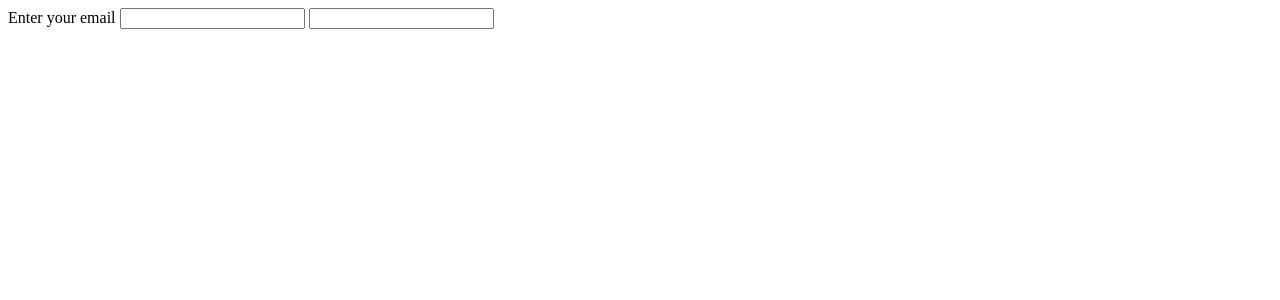
Repository: OmarAl-Saleh/Hospital-Emergency-System
Page: http://localhost/EmergencySystem/patient/sign-in.jsp
An editor plug-in stored every save of this project. The page is shown before and after the next save, followed by the edit.
The browser window is 1280 px wide. The pictures show the whole page.
The page is served by Tomcat 9.

Above is the page before, as saved 2024-05-22 08:14:23.

After the next save:
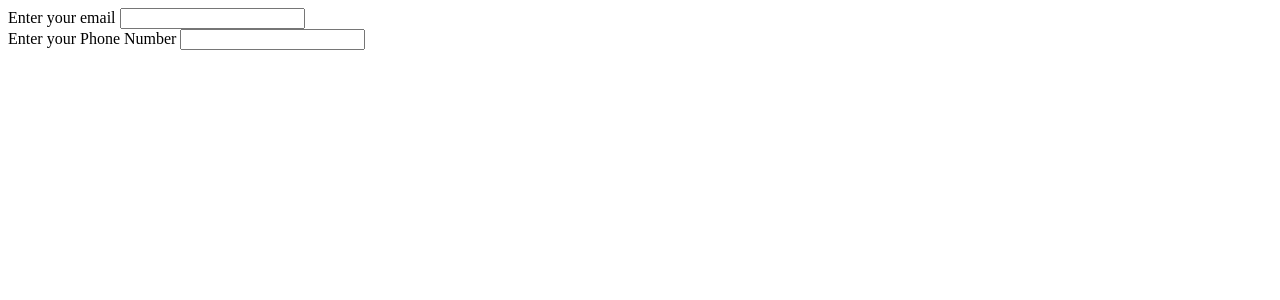
Saved 39 s later.
--- a/EmergencySystem/EmergencySystem/src/main/webapp/patient/sign-in.jsp
+++ b/EmergencySystem/EmergencySystem/src/main/webapp/patient/sign-in.jsp
@@ -10,6 +10,8 @@
 <form action="patient" method="get">
 <label>Enter your email</label>
 <input type="email" name="email"/>
+<br>
+<label>Enter your Phone Number</label>
 <input type="tel" name="phoneNumber"/>
 </form>
 </body>
